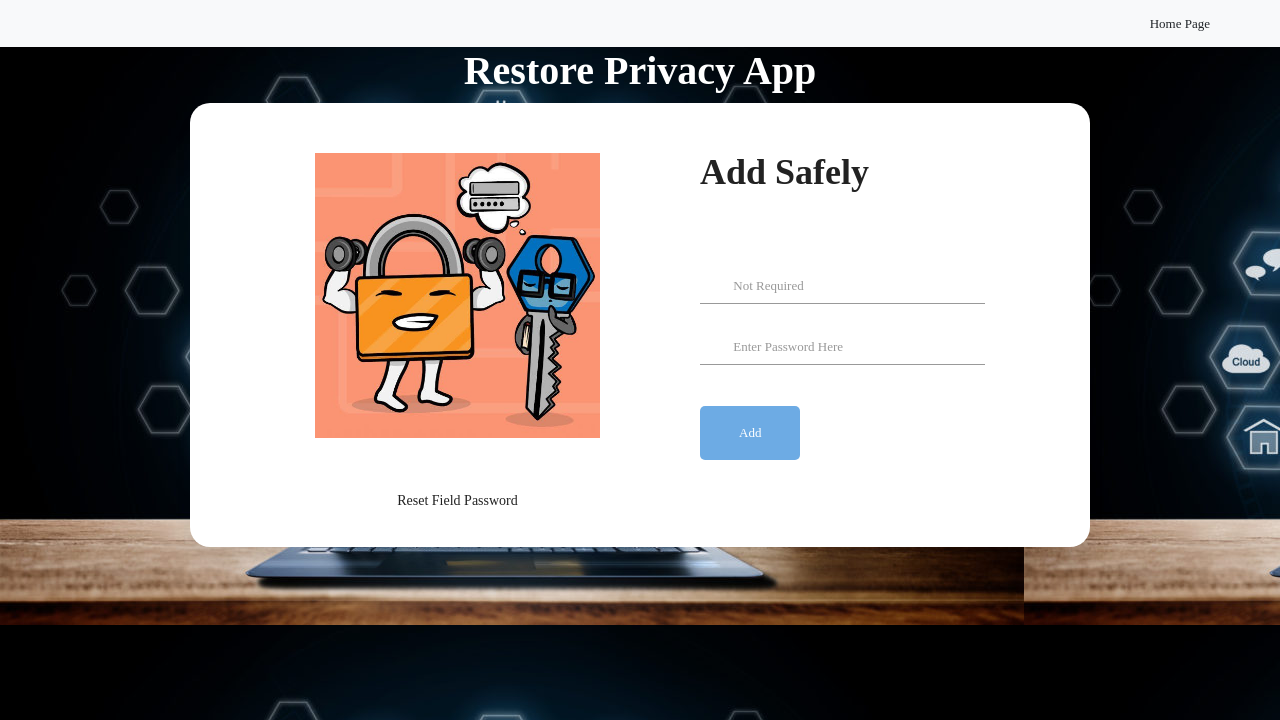
Repository: Sunil-731820/AllWorkingModels
Page: http://localhost/PasswordManagerApp/AddPassword.jsp
An editor plug-in stored every save of this project. The page is shown before and after the next save, followed by the edit.
The browser window is 1280 px wide. The pictures show the whole page.
Some web fonts or font styles are not loaded; a fallback is used. Some web libraries are served in a nearby version. The page is served by Tomcat 9. Other server files are loaded and not shown.

Above is the page before, as saved 2022-09-27 08:56:00.

### PasswordManagerApp/src/main/webapp/AddPassword.jsp
<%@page import="com.java.jsp.EncrptionOfPinCode"%>
<%@page import="com.java.jsp.AddPassword"%>
<%@page import="com.java.jsp.AddPasswordDAO"%>
<%@ page language="java" contentType="text/html; charset=ISO-8859-1"
    pageEncoding="ISO-8859-1"%>
<!DOCTYPE html>
<html>
<head>
<meta charset="ISO-8859-1">
<title>Insert title here</title>
<link rel="stylesheet" href="fonts/material-icon/css/material-design-iconic-font.min.css">
        <link rel="stylesheet"
              href="https://stackpath.bootstrapcdn.com/bootstrap/4.3.1/css/bootstrap.min.css">
        <link rel="stylesheet"
              href="https://maxcdn.bootstrapcdn.com/font-awesome/4.7.0/css/font-awesome.min.css">
        <script
        src="https://ajax.googleapis.com/ajax/libs/jquery/3.3.1/jquery.min.js"></script>
        <script
        src="https://cdnjs.cloudflare.com/ajax/libs/popper.js/1.14.7/umd/popper.min.js"></script>
        <script
        src="https://stackpath.bootstrapcdn.com/bootstrap/4.3.1/js/bootstrap.min.js"></script>
        <link
            href="//maxcdn.bootstrapcdn.com/bootstrap/4.0.0/css/bootstrap.min.css"
            rel="stylesheet" id="bootstrap-css">
        <script
        src="//maxcdn.bootstrapcdn.com/bootstrap/4.0.0/js/bootstrap.min.js"></script>
        <script
        src="//cdnjs.cloudflare.com/ajax/libs/jquery/3.2.1/jquery.min.js"></script>
        <link rel="stylesheet" href="css/register.css" type="text/css" />
         <style type="text/css">
        body {
            background-image: url("img/pass4.jpeg");
            background-color: #cccccc;
        }
        .img-rounded {
            height: 100%;
            width: 100%;
        }
        h1 {
            color: white;
            text-align: center;
        }
    </style>
</head>
<body>
<%
	AddPasswordDAO dao = new AddPasswordDAO();
	EncrptionOfPinCode erc1 = new EncrptionOfPinCode();

%>
<nav class="navbar navbar-expand-md navbar-light bg-light">
            <a href="#" class="navbar-brand">
            </a>
            <button type="button" class="navbar-toggler" data-toggle="collapse"
                    data-target="#navbarCollapse">
                <span class="navbar-toggler-icon"></span>
            </button>

            <div class="collapse navbar-collapse" id="navbarCollapse">
                <div class="navbar-nav ml-auto" style="margin-right: 30px;">
                    <a class="dropdown-item" href="HomePage.jsp">Home Page</a>
                </div>
            </div>
        </nav>
        <div>
            <h1>
                <b> Restore Privacy App </b>
            </h1>
        </div>
        <!-- Sing in  Form -->
        <form action="AddPassword.jsp" method="get">
            <section class="sign-in">
                <div class="container">
                    <div class="signin-content">
                        <div class="signin-image">
                            <figure><img src="img/addPassImg.jpg" alt="sing up image"></figure>
                            <a href="AddPassword.jsp" class="signup-image-link">Reset Field Password </a>&nbsp;&nbsp;&nbsp;&nbsp;&nbsp;
                        </div>

                        <div class="signin-form">
                            <h2 class="form-title">Add Safely</h2>
                            <form method="get" class="register-form" id="login-form">
                             &nbsp;&nbsp;&nbsp;&nbsp;&nbsp;&nbsp;&nbsp;&nbsp;&nbsp;&nbsp;<h4></h4>
                                <div class="form-group">
                                    <label for="your_name"><i class="zmdi zmdi-account material-icons-name"></i></label>
                                    <input type="number" name="normal" id="your_name" placeholder=" Not Required " />
                                </div>

                                <div class="form-group">
                                    <label for="your_name"><i class="zmdi zmdi-account material-icons-name"></i></label>
                                    <input type="text" name="AddPassword" id="your_name" placeholder=" Enter Password Here " required="required"/>
                                </div>

                                <div class="form-group form-button">
                                    <input type="submit" name="signin" id="signin" class="form-submit" value="Add"/>
                                </div>
                            </form>
                        </div>
                    </div>
                </div>
            </section>
        </form>

        <%
        	if(request.getParameter("AddPassword")!=null || request.getParameter("normal")!=null){
        		AddPassword add = new AddPassword();
        		String AddPassword = request.getParameter("AddPassword");
            	String addP =  erc1.encrypt(AddPassword);
        		add.setAddPassword(addP);
        		dao.addPassWordSafely(add);

        		 %>
            	 <jsp:forward page="PasswordAddedSuccessFully.jsp"/>

            	<%
            }
            %>

</body>
</html>

### PasswordManagerApp/src/main/java/com/java/jsp/AddPasswordDAO.java
package com.java.jsp;

import java.sql.Connection;
import java.sql.PreparedStatement;
import java.sql.SQLException;

public class AddPasswordDAO {

	Connection connection;
	PreparedStatement pst;

	public String addPassWordSafely(AddPassword AddPassword) throws ClassNotFoundException, SQLException {
		connection = ConnectionHelper.getConnection();
		String cmd = "insert into savepassword(AddPassword)"+
				" values (?)";
		pst  = connection.prepareStatement(cmd);
		pst.setString(1, AddPassword.getAddPassword());
		pst.executeUpdate();
		return "Password is addess Suceesfully";

	}

}

### PasswordManagerApp/src/main/java/com/java/jsp/EncrptionOfPinCode.java
package com.java.jsp;
import java.nio.charset.StandardCharsets;
import java.security.spec.KeySpec;
import java.util.Base64;
import java.util.Scanner;

import javax.crypto.Cipher;
import javax.crypto.SecretKey;
import javax.crypto.SecretKeyFactory;
import javax.crypto.spec.IvParameterSpec;
import javax.crypto.spec.PBEKeySpec;
import javax.crypto.spec.SecretKeySpec;

public class EncrptionOfPinCode {
	private static final String SECRET_KEY
    = "my_super_secret_key_ho_ho_ho";

    private static final String SALT = "ssshhhhhhhhhhh!!!!";

// This method use to encrypt to string
public static String encrypt(String strToEncrypt)
{
    try {

        // Create default byte array
        byte[] iv = { 0, 0, 0, 0, 0, 0, 0, 0,
                      0, 0, 0, 0, 0, 0, 0, 0 };
        IvParameterSpec ivspec
            = new IvParameterSpec(iv);

        // Create SecretKeyFactory object
        SecretKeyFactory factory
            = SecretKeyFactory.getInstance(
                "PBKDF2WithHmacSHA256");

        // Create KeySpec object and assign with
        // constructor
        KeySpec spec = new PBEKeySpec(
            SECRET_KEY.toCharArray(), SALT.getBytes(),
            65536, 256);
        SecretKey tmp = factory.generateSecret(spec);
        SecretKeySpec secretKey = new SecretKeySpec(
            tmp.getEncoded(), "AES");

        Cipher cipher = Cipher.getInstance(
            "AES/CBC/PKCS5Padding");
        cipher.init(Cipher.ENCRYPT_MODE, secretKey,
                    ivspec);
        // Return encrypted string
        return Base64.getEncoder().encodeToString(
            cipher.doFinal(strToEncrypt.getBytes(
                StandardCharsets.UTF_8)));
    }
    catch (Exception e) {
        System.out.println("Error while encrypting: "
                           + e.toString());
    }
    return null;

	}
}

Loaded but not shown: PasswordManagerApp/src/main/webapp/css/register.css (590 lines, source omitted)

After the next save:
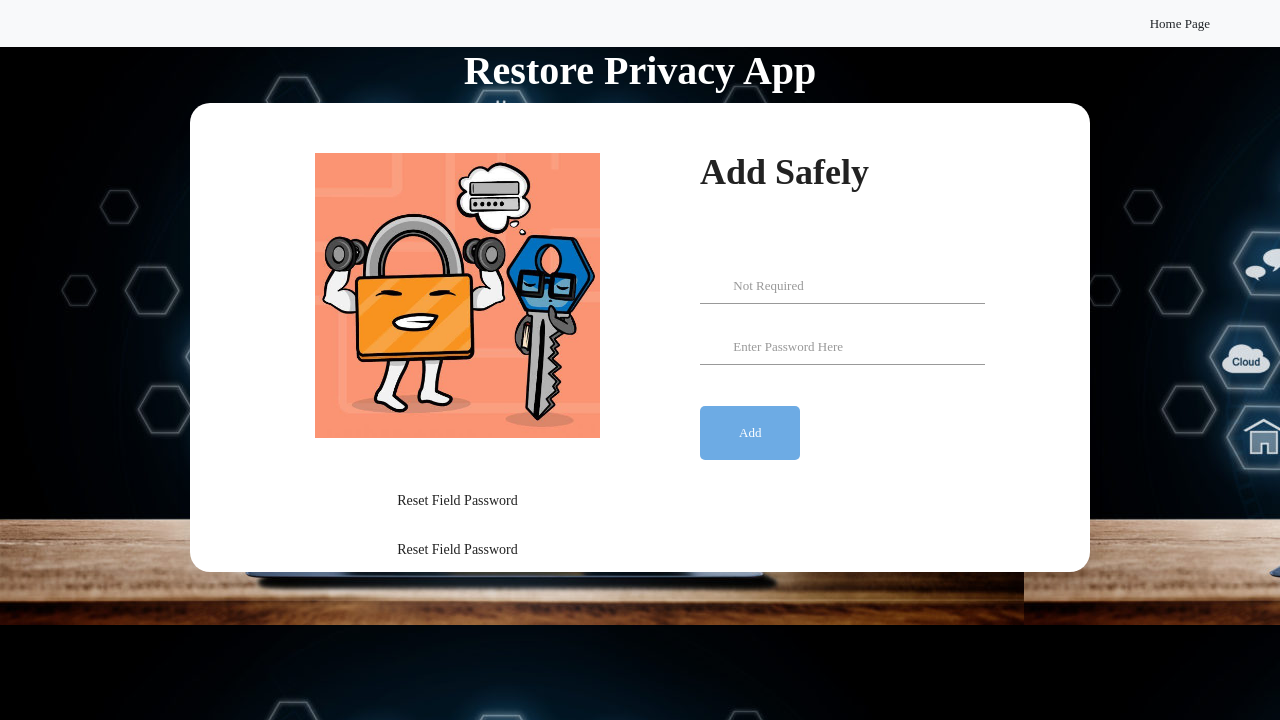
Saved 30 s later.
--- a/PasswordManagerApp/src/main/webapp/AddPassword.jsp
+++ b/PasswordManagerApp/src/main/webapp/AddPassword.jsp
@@ -75,6 +75,7 @@
                         <div class="signin-image">
                             <figure><img src="img/addPassImg.jpg" alt="sing up image"></figure>
                             <a href="AddPassword.jsp" class="signup-image-link">Reset Field Password </a>&nbsp;&nbsp;&nbsp;&nbsp;&nbsp;
+                            <a href="AddPassword.jsp" class="signup-image-link">Reset Field Password </a>
                         </div>
 
                         <div class="signin-form">
